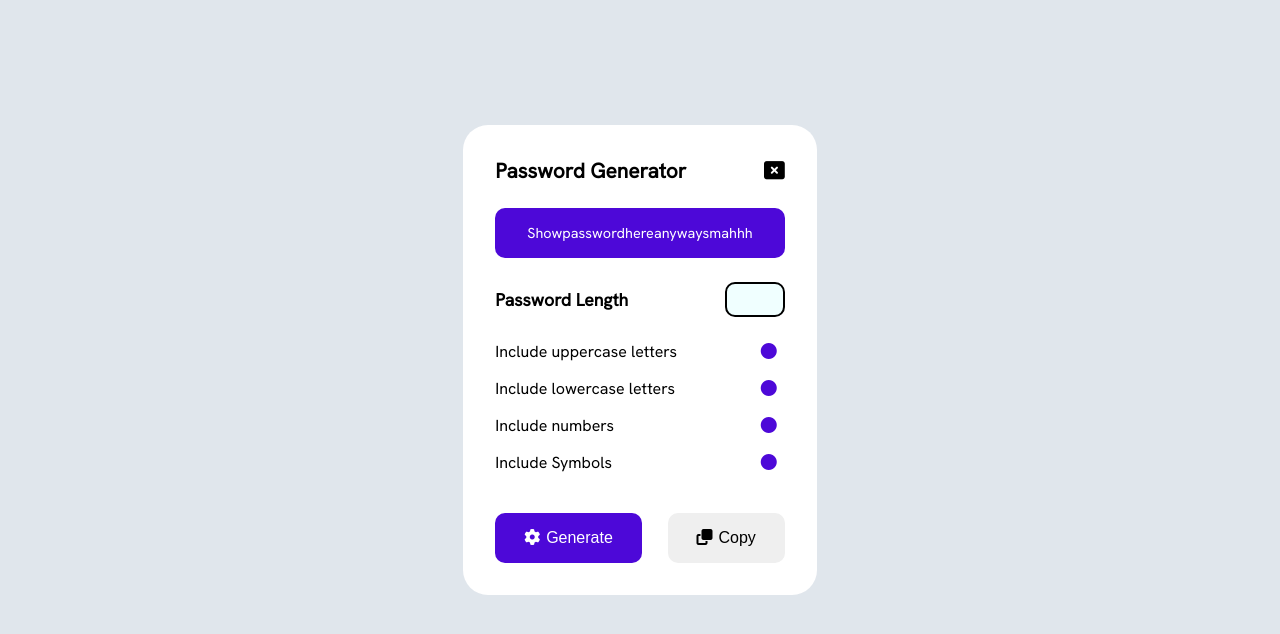
Repository: emiliaiwu/password_generator
Page: index.html
These files come from the project's save history. The page is drawn as it stood at one moment and after the next save; the edit follows.
The browser window is 1280 px wide. The pictures show the whole page.
Some web libraries are served in a nearby version.

Above is the page before, as saved 2022-12-14 04:58:37.

### index.html
<!DOCTYPE html>
<html lang="en">
<head>
    <meta charset="UTF-8">
    <meta http-equiv="X-UA-Compatible" content="IE=edge">
    <meta name="viewport" content="width=device-width, initial-scale=1.0">
    <link rel="stylesheet" href="style.css">
    <script src="https://kit.fontawesome.com/fd9c36575f.js" crossorigin="anonymous"></script>
    <title>Password Generator</title>
</head>
<body>
    <div class="container">
        <div class="title">
            <h2>Password Generator</h2>
            <i class="fa-solid fa-rectangle-xmark"></i>
        </div>

        <div class="display_password">
            <p>Showpasswordhereanywaysmahhh</p>
        </div>

        <div class="password_attributes">
            <div class="password_length">
                <h3>Password Length</h3>
                <input type="text">
            </div>

            <div class="password_includes">
                <ul>
                    <li class="list">
                        <label for="uppercase" id="uppercase_letters">Include uppercase letters
                            <i class="fa-solid fa-circle"></i>
                            <i class="fa-solid fa-circle-check"></i>
                            <input type="checkbox" name="uppercase" id="uppercase" class="uppercase">
                        </label>
                    </li>
                    <li class="list">
                        <label for="lowercase" id="lowercase_letters">Include lowercase letters
                            <i class="fa-solid fa-circle"></i>
                            <i class="fa-solid fa-circle-check"></i>
                            <input type="checkbox" name="lowercase" id="lowercase" class="lowercase">
                        </label>
                    </li>
                    <li class="list">
                        <label for="numbers" id="include_numbers">Include numbers
                            <i class="fa-solid fa-circle"></i>
                            <i class="fa-solid fa-circle-check"></i>
                            <input type="checkbox" name="numbers" id="numbers" class="numbers">
                        </label>

                    </li>
                    <li class="list">
                        <label for="symbols" id="include_symbols">Include Symbols
                            <i class="fa-solid fa-circle"></i>
                            <i class="fa-solid fa-circle-check"></i>
                            <input type="checkbox" name="symbols" id="symbols" class="symbols">
                        </label>

                    </li>
                </ul>
            </div>
        </div>

        <div class="cta">
            <button class="btn generate"><i class="fa-solid fa-gear"></i>Generate</button>
            <button class="btn copy"><i class="fa-solid fa-clone"></i>Copy</button>
        </div>
    </div>
</body>
</html>

### style.css
@import url('https://fonts.googleapis.com/css2?family=Hanken+Grotesk:wght@300;400&display=swap');


* {
    margin: 0;
    padding: 0;
    box-sizing: border-box;
    list-style-type: none;
}


:root {
    --BG-COLOR: #fff;
    --BG-COLOR2:
}


body {
    width: 100vw;
    height: 100vh;
    font-family: 'Hanken Grotesk', sans-serif;
    display: flex;
    align-items: center;
    justify-content: center;
    color: #000;
    background-color: rgb(224, 230, 236);
}

.container {
    background-color: var(--BG-COLOR);
    display: flex;
    flex-direction: column;
    align-items: left;
    justify-content: space-between;
    gap: 1.5rem;
    padding: 2rem;
    border-radius: 25px;

}

h2 {
   font-size: 1.3rem;
   font-family: inherit;
}

h3 {
    font-size: 1.1rem;
    font-family: inherit;
}

.title,
label,
.password_length,
.cta {
    display: flex;
    align-items: center;
    justify-content: space-between;
}

.fa-rectangle-xmark {
    font-size: 1.3rem;
}

.display_password {
    padding: 1rem 2rem;
    border-radius: 10px;
    background: #4d08d8;
    color: #fff;
    overflow: hidden;
}

.display_password p {
    font-size: .9rem;
    word-wrap: break-word;
}

.password_length {
    margin-bottom: 1.5rem;
}

.password_length input[type="text"] {
    width: 60px;
    padding: .3rem .7rem;
    font-size: 1.1rem;
    border: 2px solid #000;
    border-radius: 10px;
    background-color: azure;
    bor
}

.password_length input[type="text"]:focus {
    outline: none;
}

.list {
    margin-top: 1rem;
}

.list input[type="checkbox"] {
    /* width: 20px; */
    padding: 1rem;

}

label {
     position: relative;
}

.list .fa-solid {
    position: absolute;
    top: 50%;
    right: 0;
    transform: translate(-50%, -50%);
}

.fa-circle {
    color: #4d08d8;
}

.fa-circle-check{
    opacity: 0;
}

.list input {
    opacity: 0;
}


.btn {
    margin-top: 1rem;
    padding: 1rem 1.8rem;
    font-size: 1rem;
    border: none;
    border-radius: 10px;

}

.generate {
    background-color:#4d08d8;
    color: #fff;
}

.btn .fa-solid {
    margin-right: 6px;
}

After the next save:
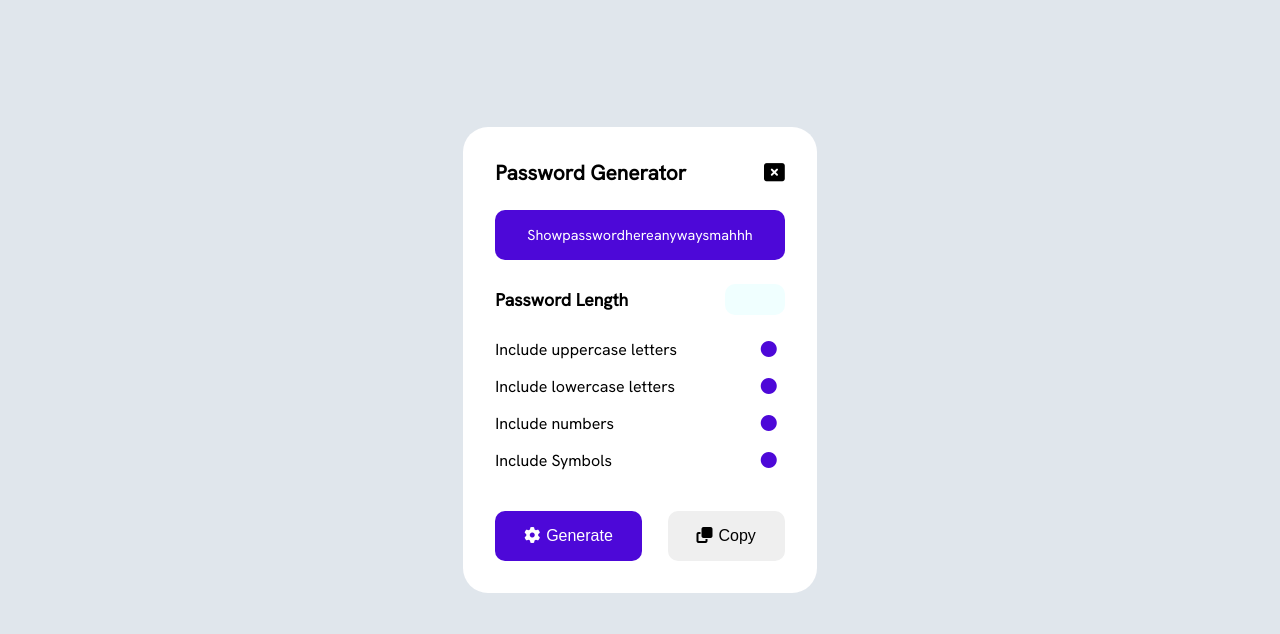
Saved 4 s later.
--- a/style.css
+++ b/style.css
@@ -85,7 +85,7 @@
     border: 2px solid #000;
     border-radius: 10px;
     background-color: azure;
-    bor
+    border: none;
 }
 
 .password_length input[type="text"]:focus {
